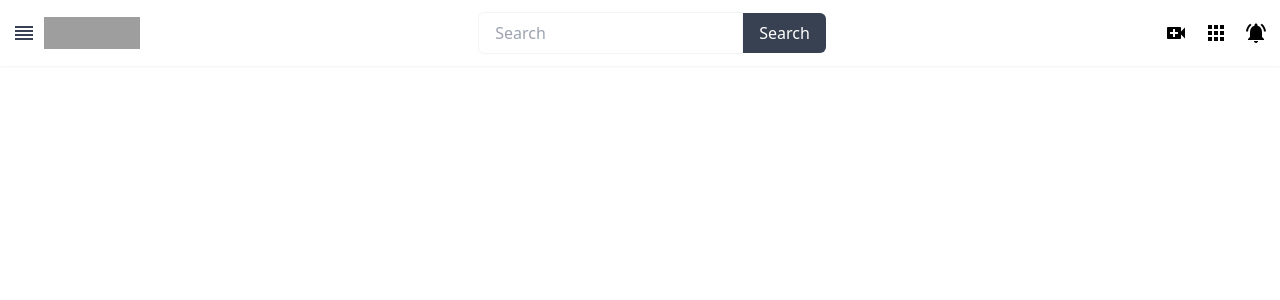
Repository: Shamraiz761/Youtube-clone
Page: /
These files come from the project's save history. The page is drawn as it stood at one moment and after a run of saves; the edit follows.
The browser window is 1280 px wide. The pictures show the whole page.
Pictures or frames that could not be fetched are drawn as grey boxes. The project was rebuilt for these pictures with package versions that can differ from the ones it lists, and the page was loaded fresh each time. Also part of the build but not shown: vite.config.js.

Above is the page before, as saved 2024-01-19 18:20:00.

After the next 3 saves:
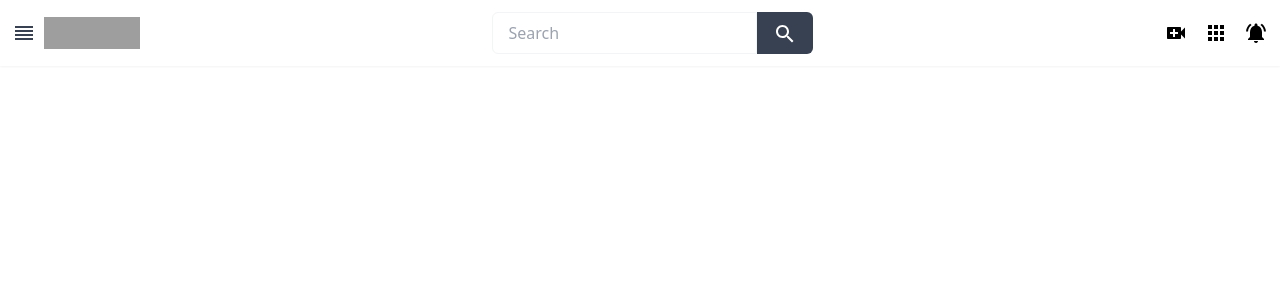
The 3 saves are shown as one change because 1 did not build or start and some came seconds apart.
The last was saved 13 s later.
--- a/src/components/header/Navbar.jsx
+++ b/src/components/header/Navbar.jsx
@@ -25,7 +25,7 @@
             className="px-4 py-2 rounded-l-md border border-gray-100 focus:outline-none"
           />
           <button className="bg-gray-700 px-4 py-2 rounded-r-md text-white">
-            Search
+            <SearchIcon />
           </button>
         </div>
 
